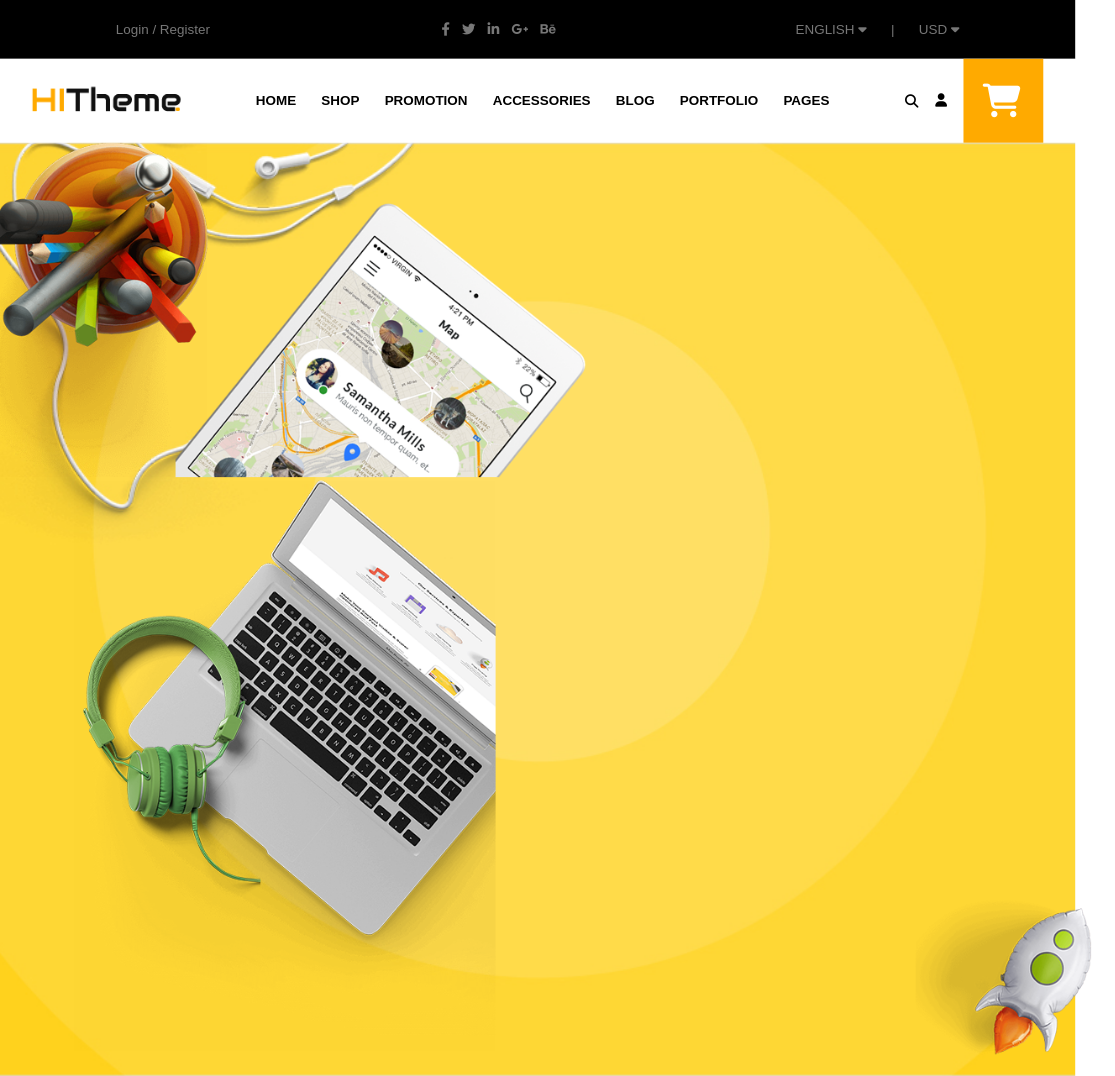
Repository: Thach1311/DU-AN-WEB-BAN-HANG-
Page: index1.html
An editor plug-in stored every save of this project. The page is shown before and after the next save, followed by the edit.
The browser window is 1280 px wide. The page is 1327 px wide, then 1280 px, so the pictures cover 1327 px, including what lies to the right of the window. The pictures show the whole page, at 84% of full size.

Above is the page before, as saved 2023-02-23 17:34:55.

After the next save:
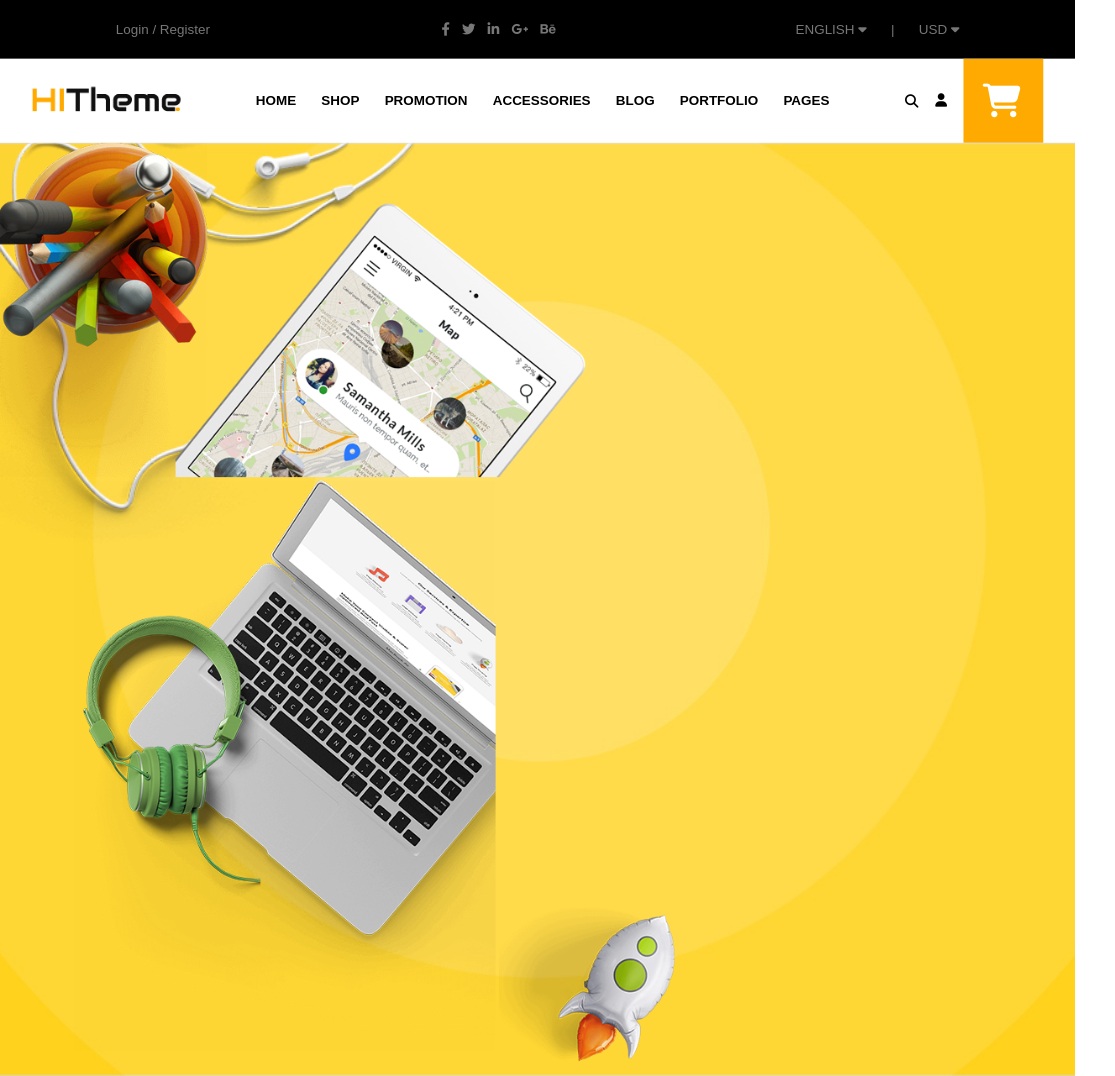
Saved 2 s later.
--- a/CSS/style1.css
+++ b/CSS/style1.css
@@ -628,9 +628,7 @@
 
 }
 .slide__bgMain-item4{
-    position: absolute;
-    margin-top: 500px;
-    margin-left:  500px;
+
 
 }
 /* Animation */
